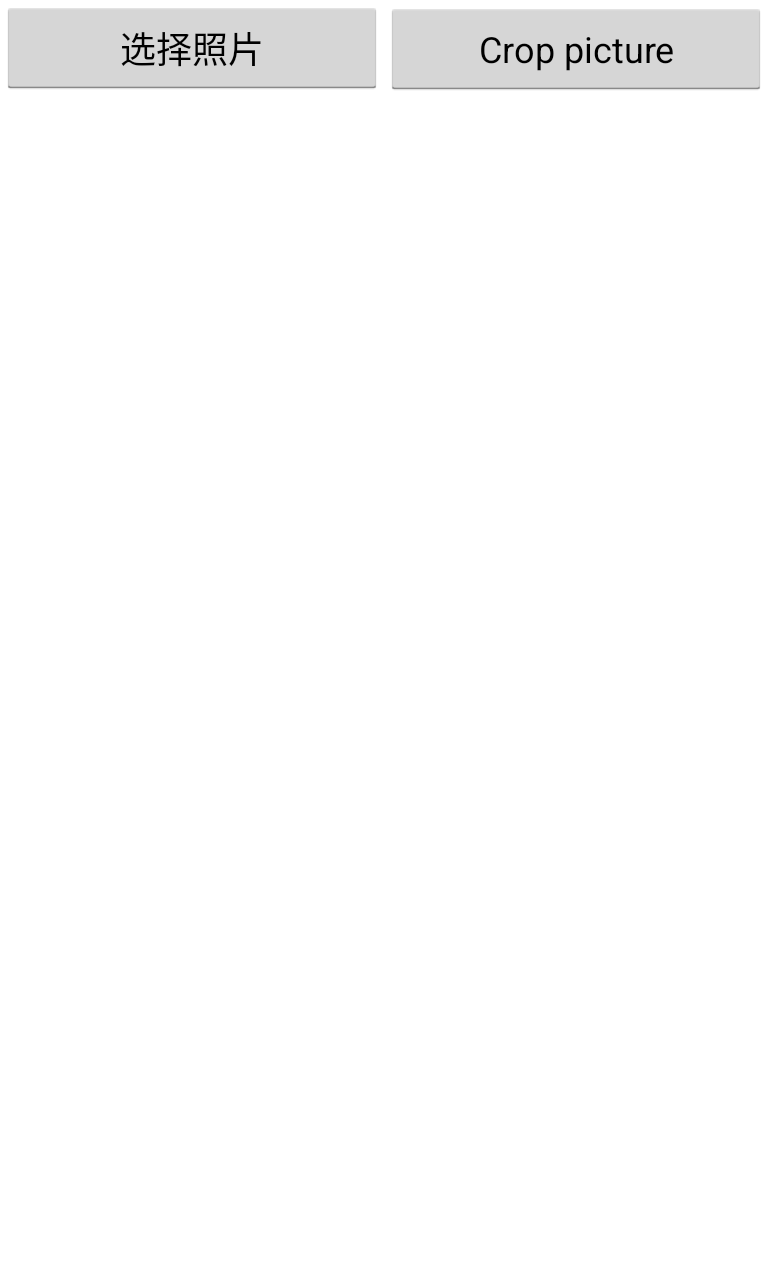
Repository: fanloveoupao/WecharTest
Layout: TestWechar/res/layout/choose_photo.xml
These files come from the project's save history. The layout is drawn as it stood at one moment and after the next save; the edit follows.
It is drawn on a 768 x 1280 px phone screen (xhdpi) without system bars, with theme AppTheme; the app's code is not run.

Above is the layout before, as saved 2015-10-09 07:41:12.

### TestWechar/res/layout/choose_photo.xml
<RelativeLayout xmlns:android="http://schemas.android.com/apk/res/android"
    xmlns:tools="http://schemas.android.com/tools"
    android:layout_width="fill_parent"
    android:layout_height="fill_parent" >

    <LinearLayout
        android:id="@+id/btn_layout"
        android:layout_width="fill_parent"
        android:layout_height="wrap_content"
        android:orientation="horizontal" >

        <Button
            android:id="@+id/btn_choose"
            android:layout_width="fill_parent"
            android:layout_height="wrap_content"
            android:layout_weight="1"
            android:text="选择照片" />

        <Button
            android:id="@+id/btn_send"
            android:layout_width="fill_parent"
            android:layout_height="wrap_content"
            android:layout_weight="1"
            android:text="Crop picture"
            android:visibility="visible" />
    </LinearLayout>

    <ImageView
        android:id="@+id/img"
        android:layout_width="wrap_content"
        android:layout_height="wrap_content"
        android:layout_below="@+id/btn_layout"
        android:adjustViewBounds="true"
        android:maxHeight="400dp"
        android:maxWidth="300dp"
        android:minHeight="100dp"
        android:minWidth="100dp" />

</RelativeLayout>

### TestWechar/res/values/styles.xml
<resources>

    <!--
        Base application theme, dependent on API level. This theme is replaced
        by AppBaseTheme from res/values-vXX/styles.xml on newer devices.











    -->
    <style name="AppBaseTheme" parent="android:Theme.Light">
        <!--
            Theme customizations available in newer API levels can go in
            res/values-vXX/styles.xml, while customizations related to
            backward-compatibility can go here.






        -->
    </style>

    <!-- Application theme. -->
    <style name="AppTheme" parent="AppBaseTheme">
        <!-- All customizations that are NOT specific to a particular API-level can go here. -->
    </style>

    <style name="animationmsg">
        <item name="android:windowEnterAnimation">@anim/msg_enter</item>
        <item name="android:windowExitAnimation">@anim/msg_exit</item>
    </style>

</resources>

### TestWechar/res/values/color.xml
<?xml version="1.0" encoding="utf-8"?>
<resources>

    <color name="white">#ffffffff</color>
    <color name="window_bg">#fff0f3f6</color>
    <color name="title_bg">#ff54acea</color>
    <color name="chat_text">#ff333333</color>
    <color name="common_top_bar_blue">#4ebcd3</color>
    <color name="btn_login_normal">#00acff</color>
    <color name="btn_login_pressed">#46678d</color>
    <color name="btn_logout_normal">#d33f3f</color>
    <color name="btn_logout_pressed">#DA5A4D</color>
    <color name="btn_register_normal">#ffffff</color>
    <color name="btn_register_pressed">#00acff</color>
    <color name="common_bottom_bar_normal_bg">#2d2f31</color>
    <color name="common_bottom_bar_selected_bg">#161718</color>
    <color name="common_botton_bar_blue">#2ea7e0</color>
    <color name="common_bg">#fcfcfc</color>
    <color name="btn_pressed_green_solid">#B6DA53</color>
    <color name="divider_list">#d4d4d4</color>
    <color name="top_bar_normal_bg">#00acff</color>
    <color name="error_item_color">#F6EBE6</color>
    <color name="bottom_bar_normal_bg">#2D2F31</color>
    <color name="bottom_text_color_normal">#ffffff</color>
    <color name="btn_white_normal">#f7f8f8</color>
    <color name="btn_white_pressed">#b5b5b6</color>
    <color name="btn_green_noraml">#68C270</color>
    <color name="btn_green_pressed">#6FCD78</color>
    <color name="btn_gray_normal">#c0c0c0</color>
    <color name="btn_gray_pressed_status">#b5b5b6</color>
    <color name="btn_gray_pressed">#666667</color>
    <color name="btn_blue_normal">#1e90ff</color>
    <color name="btn_blue_pressed">#0066FF</color>
    <color name="orange">#FFA500</color>
    <color name="gray_pressed">#b5b5b6</color>
    <color name="gray_normal">#666667</color>
    <color name="grid_state_pressed">#1Affffff</color>
    <color name="grid_state_focused">#80000000</color>
    <color name="voip_interface_text_color">#bababa</color>
    <color name="black_deep">#FF000000</color>
    <color name="btn_answer_pressed">#4ebcd3</color>
    <color name="btn_answer_normal">#2dafa3</color>

</resources>

Loaded but not shown: TestWechar/res/values-v11/styles.xml (common file); TestWechar/res/values-v14/styles.xml (common file); TestWechar/res/drawable/button_login_bg.xml (common file)

After the next save:
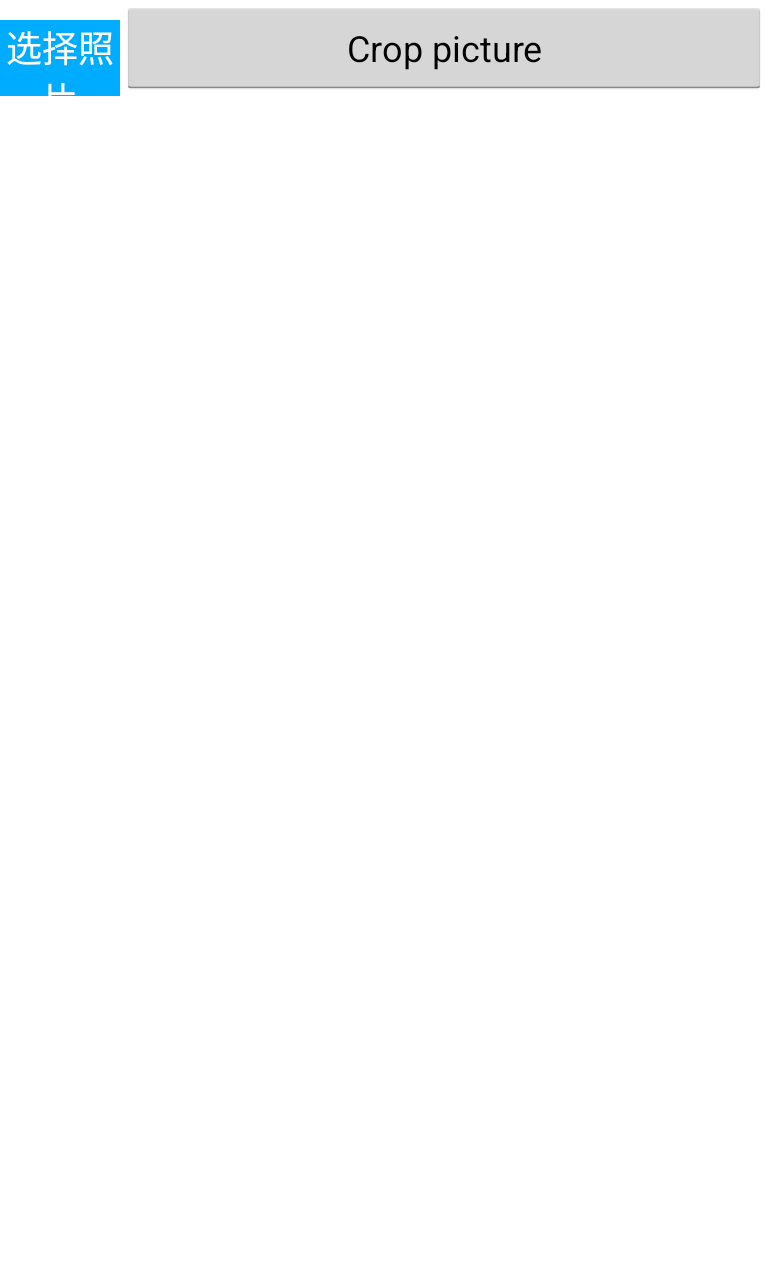
Saved 61 s later.
--- a/TestWechar/res/layout/choose_photo.xml
+++ b/TestWechar/res/layout/choose_photo.xml
@@ -11,10 +11,11 @@
 
         <Button
             android:id="@+id/btn_choose"
-            android:layout_width="fill_parent"
-            android:layout_height="wrap_content"
-            android:layout_weight="1"
-            android:text="选择照片" />
+            android:layout_width="60dp"
+            android:layout_height="40dp"
+            android:background="@drawable/button_login_bg"
+            android:text="选择照片"
+            android:textColor="@color/white" />
 
         <Button
             android:id="@+id/btn_send"
